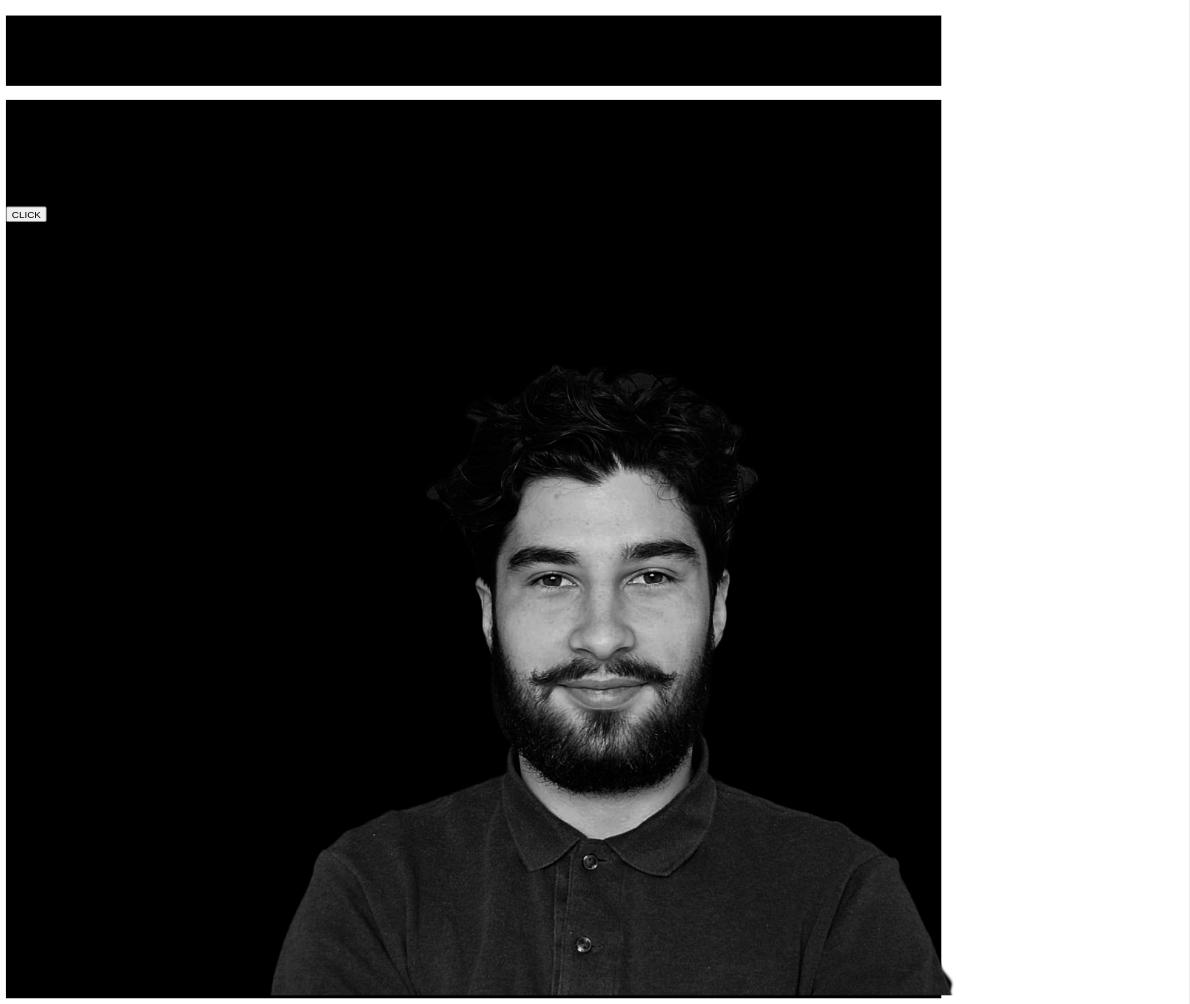
Repository: romgrm/portfolioRomgrm
Page: /
An editor plug-in stored every save of this project. The page is shown before and after a run of saves, followed by the edit.
The browser window is 1280 px wide. The page is 1608 px wide, so the pictures cover 1608 px, including what lies to the right of the window. The pictures show the whole page, at 74% of full size.
The project was rebuilt for these pictures with package versions that can differ from the ones it lists, and the page was loaded fresh each time. A package was used in the major version that the imports need, not the one package.json lists. Also part of the build but not shown: src/components/About.js, src/components/Work.js, src/Styles/main.css.

Above is the page before, as saved 2020-12-16 20:18:21.

### src/index.js
import React from 'react';
import ReactDOM from 'react-dom';
import App from './App';
import './styles/main.css';
import reportWebVitals from './tests & pwa/reportWebVitals';

ReactDOM.render(
  <React.StrictMode>
    <App />
  </React.StrictMode>,
  document.getElementById('root')
);

// If you want to start measuring performance in your app, pass a function
// to log results (for example: reportWebVitals(console.log))
// or send to an analytics endpoint. Learn more: https://bit.ly/CRA-vitals
reportWebVitals();

### src/App.js
import Navigation from './components/Navigation'
import About from './components/About'
import Body from './components/Body'
import Work from './components/Work'
import { HashRouter as Router, Route, Switch } from 'react-router-dom'

function App() {
  return (
    <>
      <Router>
        <Navigation />

        <Switch>
          <Route path="/work">
            <Work />
          </Route>
          <Route path="/about">
            <About />
          </Route>
          <Route path="/">
            <Body />
          </Route>
        </Switch>
      </Router>
    </>
  );
}

export default App;

### src/components/Navigation.js
import React from 'react'
import content from '../content/index'
import {Link} from 'react-router-dom'

export default function Navigation() {
    return (
        <div style={{
            background: '#000'
        }}>
            <div className="flex items-center justify-between w-10/12 mx-auto py-3 text-white">
                <h1 className="text-2xl">{content.nav.logo} </h1>
                <div className="flex" style={{listStyle: 'none'}}>
                    <li>
                    {content.nav.links[0]}
                    </li>
                    {content.nav.links[1]}
                    {content.nav.links[2]}
                </div>
            </div>
        </div>
    )
}

### src/components/Body.js
import React from 'react'
import content from '../content/index'
import Typical from 'react-typical'
import {Link} from 'react-router-dom'
export default function Body() {
    return (
        <div
            className="min-h-screen flex items-center justify-center"
            style={{
                background: '#000'
            }}>
            <div className="ml-5 text-white">
                <h3 className="text-9xl">{content.header.text[0]}<br />
                    {content.header.text[1]}<br />
                </h3>
                <h3 className="text-2xl">
                    {content.header.text[2]}
                    <Typical
                        steps={content.header.typical}
                        loop={Infinity}
                        className="inline-block"
                    />
                </h3>
                <Link className="nav-link" to="/work">

                <button>CLICK</button>
                </Link>
            </div>
            <div className="justify-end">
                <img src={content.header.img}></img>
            </div>

        </div>
    )
}

### src/content/index.js
export default {
  nav: {
    logo: 'Hello',
     links: ['Work', 'About', 'Contact'
      // { text: 'Work', to: '/work' },
      // { text: 'About', to: '/about' },
      // { text: 'Contact', to: 'mycontact' },
    ],
  },
  header: {
    img: process.env.PUBLIC_URL + '/photo_sansFond.png',
    alt: 'moi',
    text: ['Hello', "Romain", 'Je suis '],
    typical: [
      'Developper Fullstack 🖥',
      1000,
      'Passionné ❤️',
      1000,
      'Disponible 👨‍💻',
      1000,
    ],
    btnText: 'Discover More',
  },

  stack: {
    title: 'Stack',
    tech: [
      {
        img: process.env.PUBLIC_URL + '/assets/mongo.png',
        alt: 'mongodb',
      },
      {
        img: process.env.PUBLIC_URL + '/logo512.png',
        alt: 'react',
      },
      {
        img: process.env.PUBLIC_URL + '/assets/express.png',
        alt: 'express',
      },
      {
        img: process.env.PUBLIC_URL + '/assets/node.png',
        alt: 'node',
      },
    ],
    desc: `Lorem Ipsum is simply dummy text of the printing and typesetting industry. Lorem Ipsum has been the industry's standard dummy text ever since the 1500s, when an unknown printer took a galley of type and scrambled it to make a type specimen book. It has survived not only`,
  },
};

Loaded but not shown: public/index.html (common file); src/tests & pwa/reportWebVitals.js (common file)

After the next 2 saves:
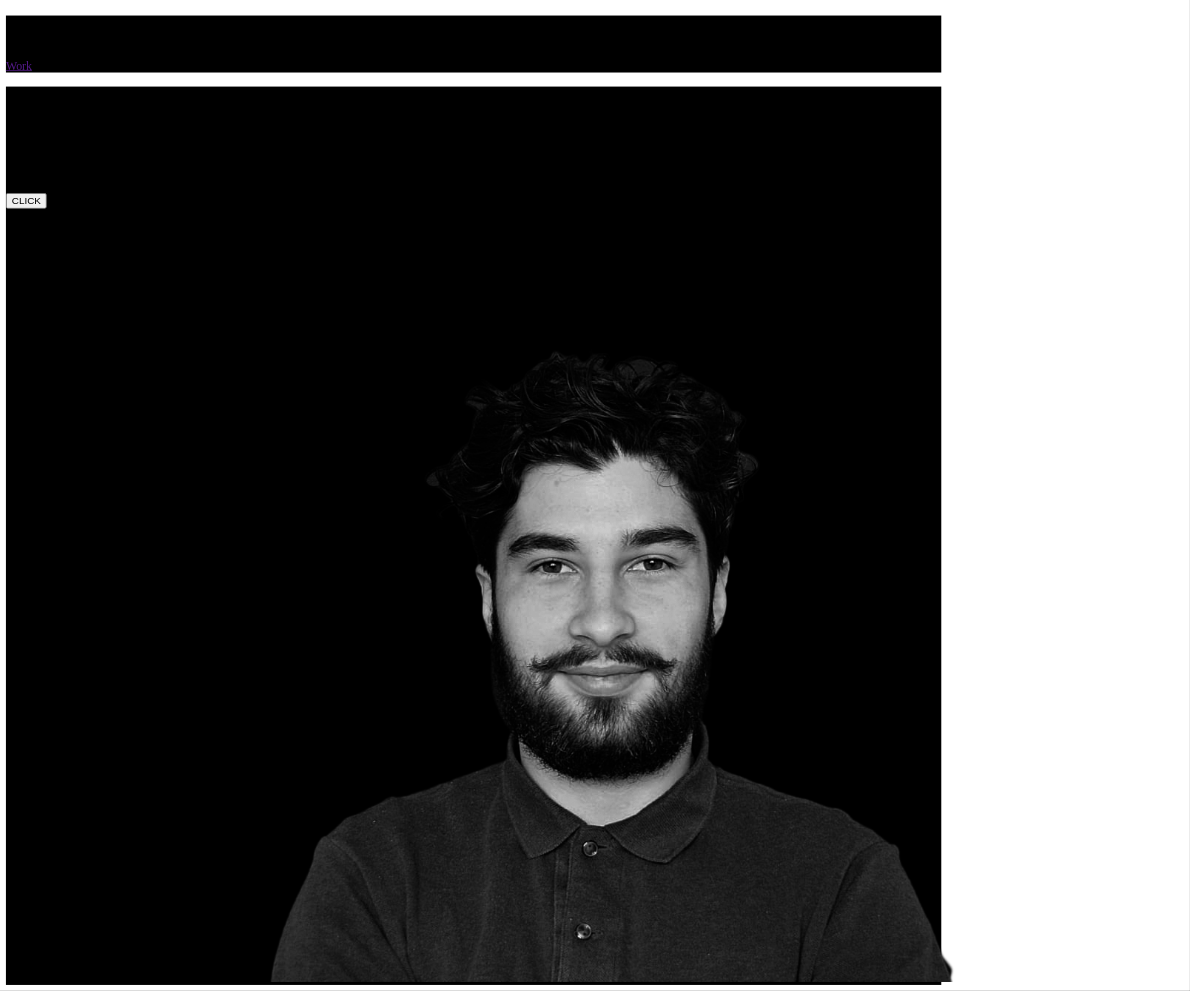
The 2 saves are shown as one change because they came seconds apart.
The last was saved 14 s later.
--- a/src/components/Navigation.js
+++ b/src/components/Navigation.js
@@ -10,9 +10,9 @@ export default function Navigation() {
             <div className="flex items-center justify-between w-10/12 mx-auto py-3 text-white">
                 <h1 className="text-2xl">{content.nav.logo} </h1>
                 <div className="flex" style={{listStyle: 'none'}}>
-                    <li>
+                    <Link>
                     {content.nav.links[0]}
-                    </li>
+                    </Link>
                     {content.nav.links[1]}
                     {content.nav.links[2]}
                 </div>
